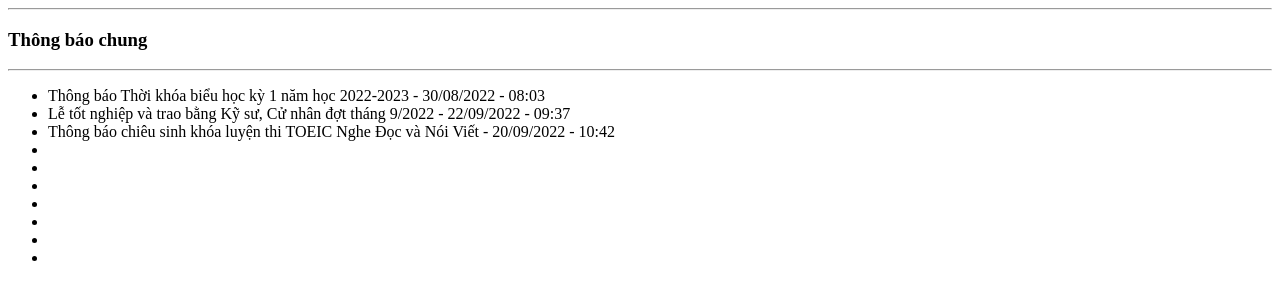
Repository: HoangDuy315/web-dev2022
Page: ex3.html
An editor plug-in stored every save of this project. The page is shown before and after the next save, followed by the edit.
The browser window is 1280 px wide. The pictures show the whole page.

Above is the page before, as saved 2022-09-22 15:29:09.

### ex3.html
<html lang="en">
<head>
    <meta charset="UTF-8">
    <meta http-equiv="X-UA-Compatible" content="IE=edge">
    <meta name="viewport" content="width=device-width, initial-scale=1.0">
    <title>Document</title>
</head>
<body>
    <hr>
        <h3>Thông báo chung</h3>
    </hr>
    <hr>
        <ul>
            <li>Thông báo Thời khóa biểu học kỳ 1 năm học 2022-2023 - 30/08/2022 - 08:03</li>
            <li>Lễ tốt nghiệp và trao bằng Kỹ sư, Cử nhân đợt tháng 9/2022 - 22/09/2022 - 09:37</li>
            <li>Thông báo chiêu sinh khóa luyện thi TOEIC Nghe Đọc và Nói Viết - 20/09/2022 - 10:42</li>
            <li></li>
            <li></li>
            <li></li>
            <li></li>
            <li></li>
            <li></li>
            <li></li>
        </ul>
    </hr>

</body>
</html>

After the next save:
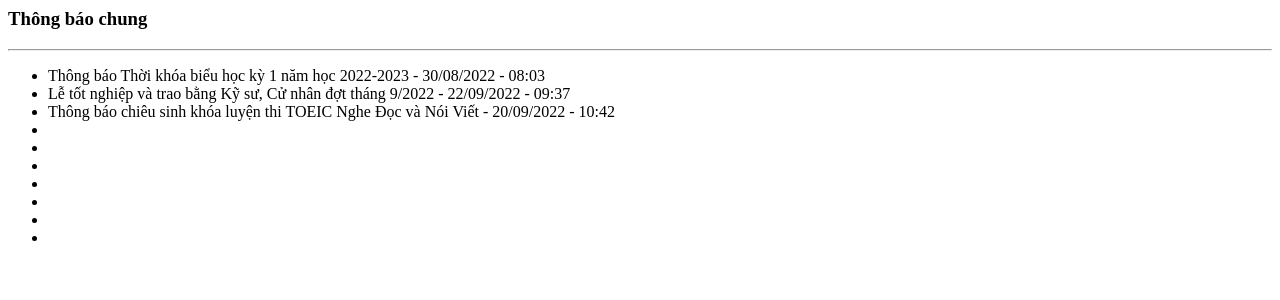
Saved 7 s later.
--- a/ex3.html
+++ b/ex3.html
@@ -6,8 +6,8 @@
     <title>Document</title>
 </head>
 <body>
-    <hr>
-        <h3>Thông báo chung</h3>
+
+    <h3>Thông báo chung</h3>
     </hr>
     <hr>
         <ul>

After the save that followed:
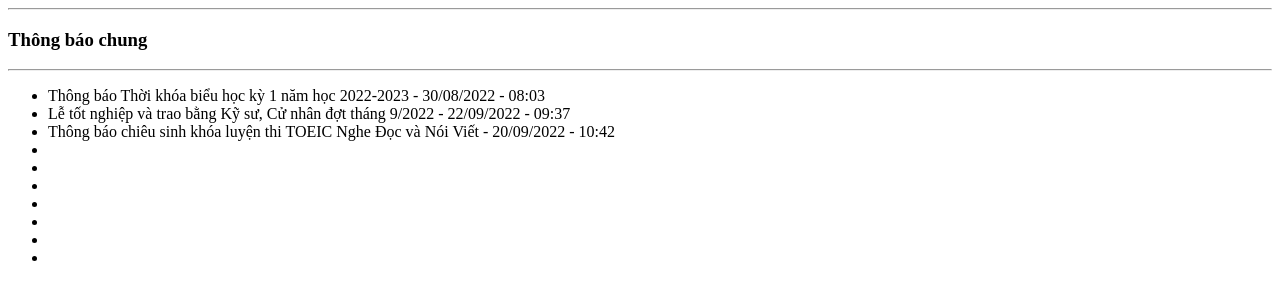
Saved 16 s later.
--- a/ex3.html
+++ b/ex3.html
@@ -6,8 +6,8 @@
     <title>Document</title>
 </head>
 <body>
-
-    <h3>Thông báo chung</h3>
+    <hr>
+        <h3>Thông báo chung</h3>
     </hr>
     <hr>
         <ul>
